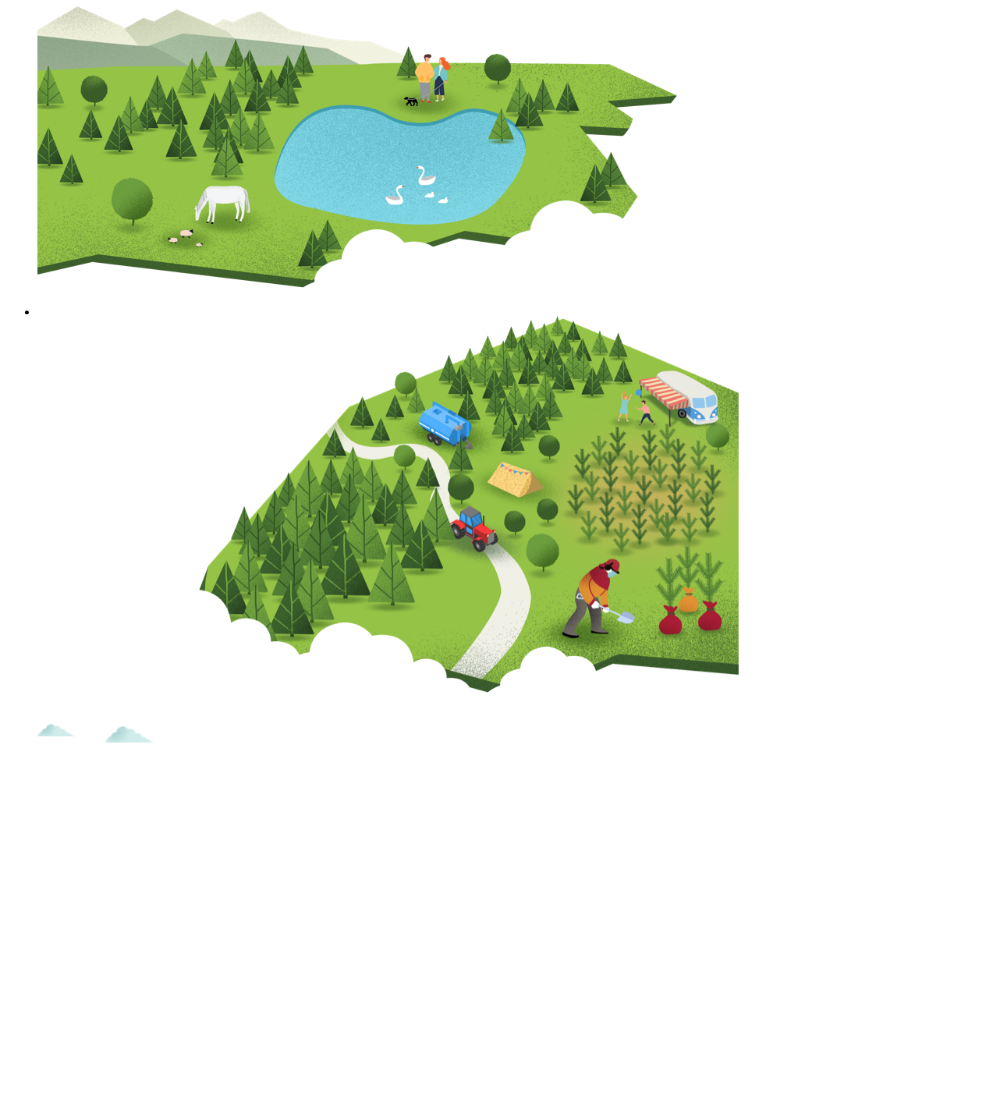
Repository: caothaito/b6g6
Page: bogo/q.html
These files come from the project's save history. The page is drawn as it stood at one moment and after a run of saves; the edit follows.
The browser window is 1280 px wide. The pictures show the whole page, at 78% of full size.

Above is the page before, as saved 2020-08-21 14:26:17.

### bogo/q.html
<div class="plant-trees--slider pull-left w100">
    <div class="forcefullwidth_wrapper_tp_banner">
        <div  class="rev_slider_wrapper fullwidthbanner-container" >

            <div class="rev_slider fullwidthabanner revslider-initialised tp-simpleresponsive rev_redraw_on_blurfocus">
                <ul class="tp-revslider-mainul">
                    <li>
                        <div class="slotholder">
                            <!--Runtime Modification - Img tag is Still Available for SEO Goals in Source - <img src="" data-bgcolor="#ffffff" style="background:#ffffff" alt="" title="Hello world!" data-bgposition="center center" data-bgfit="cover" data-bgrepeat="no-repeat" data-bgparallax="off" class="rev-slidebg defaultimg" data-no-retina="">-->
                            <div class="tp-bgimg defaultimg "></div>
                        </div>

                        <div class="tp-parallax-wrap">
                            <div class="tp-loop-wrap">
                                <div class="tp-mask-wrap">
                                    <div class="tp-caption   tp-resizeme">
                                        <img src="assets/images/home/pl-left.png">
                                    </div>
                                </div>
                            </div>
                        </div>
                        <div class="tp-parallax-wrap">
                            <div class="tp-loop-wrap" >
                                <div class="tp-mask-wrap">
                                    <div class="tp-caption   tp-resizeme">
                                        <img src="assets/images/home/pl-right.png" >
                                    </div>
                                </div>
                            </div>
                        </div>
                        <div class="tp-parallax-wrap  tp-parallax-container">
                            <div class="tp-loop-wrap">
                                <div class="tp-mask-wrap">
                                    <div class="tp-caption   tp-resizeme rs-parallaxlevel-1">
                                        <img src="assets/images/home/cloud.png" alt="">
                                    </div>
                                </div>
                            </div>
                        </div>

                    </li>
                </ul>
                <div class="tp-bannertimer tp-bottom" style="visibility: hidden !important; width: 0%;"></div>
                <div class="tp-loader off" style="display: none;">
                    <div class="dot1"></div>
                    <div class="dot2"></div>
                    <div class="bounce1"></div>
                    <div class="bounce2"></div>
                    <div class="bounce3"></div>
                </div>
            </div>
        </div>
        <div class="tp-fullwidth-forcer" style="width: 100%; height: 433px;"></div>
    </div>
</div>

After the next 2 saves:
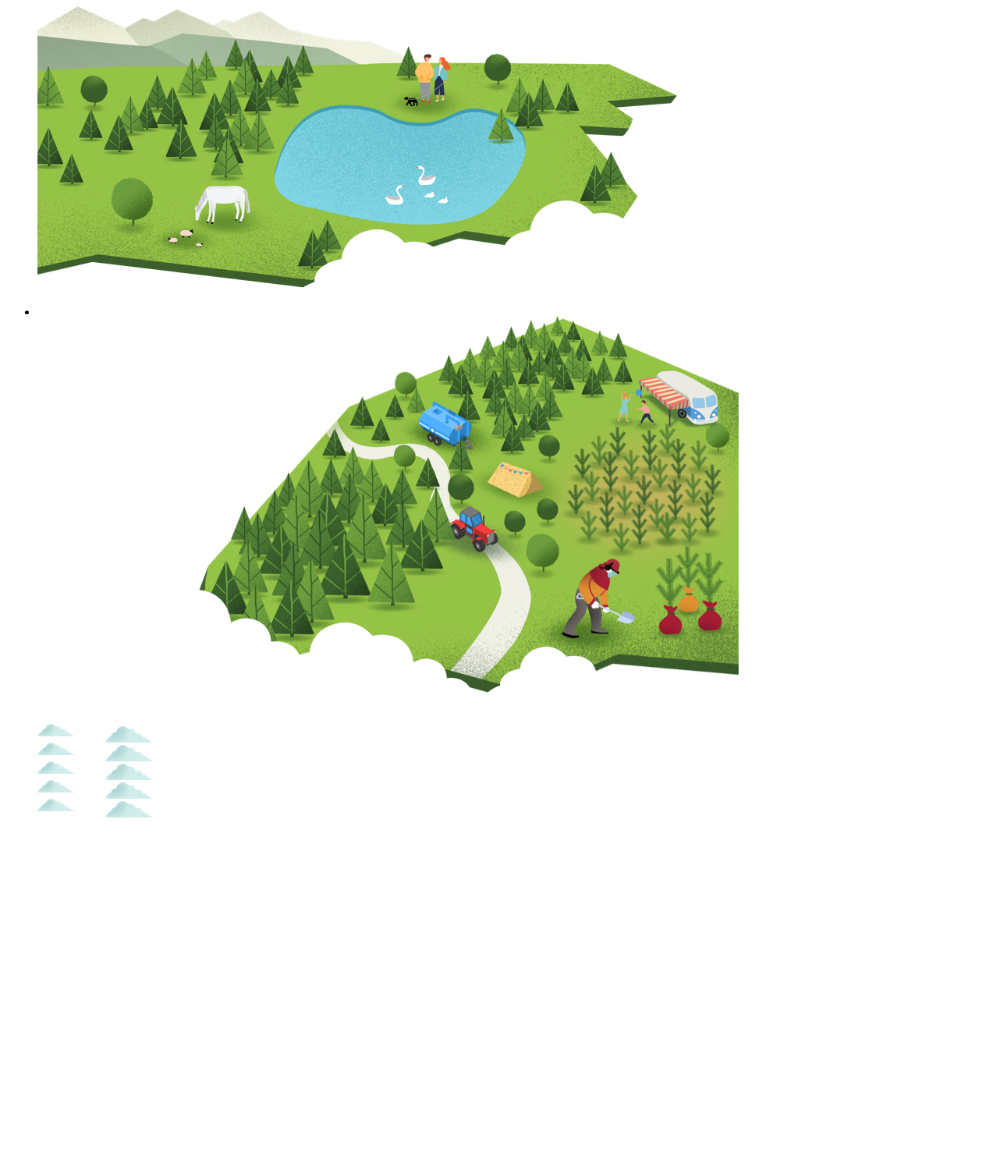
The 2 saves are shown as one change because they came seconds apart.
The last was saved 11 s later.
--- a/bogo/q.html
+++ b/bogo/q.html
@@ -37,6 +37,42 @@
                                 </div>
                             </div>
                         </div>
+                        <div class="tp-parallax-wrap  tp-parallax-container">
+                            <div class="tp-loop-wrap">
+                                <div class="tp-mask-wrap">
+                                    <div class="tp-caption   tp-resizeme rs-parallaxlevel-1">
+                                        <img src="assets/images/home/cloud.png" alt="">
+                                    </div>
+                                </div>
+                            </div>
+                        </div>
+                        <div class="tp-parallax-wrap  tp-parallax-container">
+                            <div class="tp-loop-wrap">
+                                <div class="tp-mask-wrap">
+                                    <div class="tp-caption   tp-resizeme rs-parallaxlevel-1">
+                                        <img src="assets/images/home/cloud.png" alt="">
+                                    </div>
+                                </div>
+                            </div>
+                        </div>
+                        <div class="tp-parallax-wrap  tp-parallax-container">
+                            <div class="tp-loop-wrap">
+                                <div class="tp-mask-wrap">
+                                    <div class="tp-caption   tp-resizeme rs-parallaxlevel-1">
+                                        <img src="assets/images/home/cloud.png" alt="">
+                                    </div>
+                                </div>
+                            </div>
+                        </div>
+                        <div class="tp-parallax-wrap  tp-parallax-container">
+                            <div class="tp-loop-wrap">
+                                <div class="tp-mask-wrap">
+                                    <div class="tp-caption   tp-resizeme rs-parallaxlevel-1">
+                                        <img src="assets/images/home/cloud.png" alt="">
+                                    </div>
+                                </div>
+                            </div>
+                        </div>
 
                     </li>
                 </ul>
